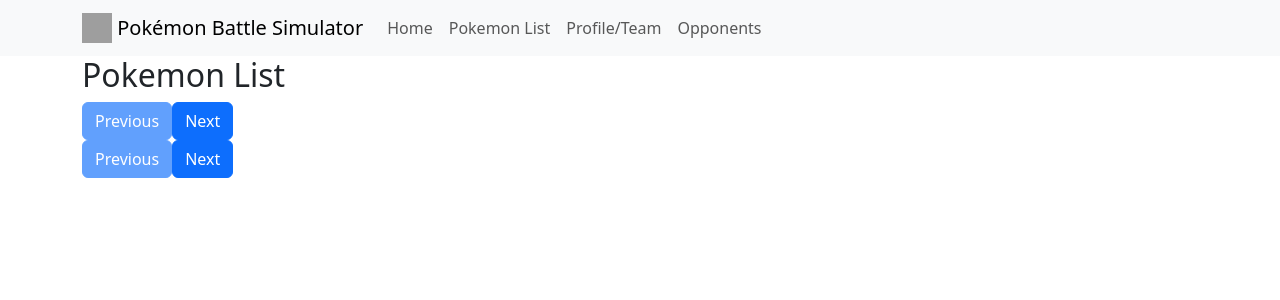
Repository: chsbca/Pokemon-Battle-Simulator
Page: /pokemon_list/ (app in front-end/)
An editor plug-in stored every save of this project. The page is shown before and after the next save, followed by the edit.
The browser window is 1280 px wide. The pictures show the whole page.
Pictures or frames that could not be fetched are drawn as grey boxes. The page's requests for data from a server got no answer. The project was rebuilt for these pictures with package versions that can differ from the ones it lists, and the page was loaded fresh each time. No one was signed in, and anything a server would have sent is missing. Also part of the build but not shown: front-end/vite.config.js, front-end/src/pages/Error404Page.jsx, front-end/src/pages/HomePage.jsx, front-end/src/pages/ProfilePage.jsx, front-end/src/pages/OpponentsPage.jsx.

Above is the page before, as saved 2024-04-10 11:22:09.

After the next save:
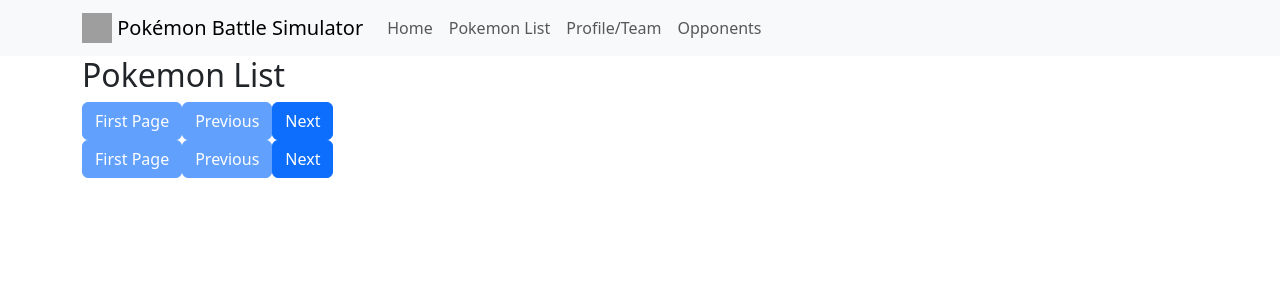
Saved 63 s later.
--- a/front-end/src/pages/PokemonListPage.jsx
+++ b/front-end/src/pages/PokemonListPage.jsx
@@ -87,6 +87,7 @@
         <div className="container">
             <h2>Pokemon List</h2>
             <div className="pagination-controls">
+                <button onClick={handleFirstPage} disabled={offset === 0} className="btn btn-primary">First Page</button>
                 <button onClick={handlePrevious} disabled={offset === 0} className="btn btn-primary">Previous</button>
                 <button onClick={handleNext} className="btn btn-primary">Next</button>
             </div>
@@ -111,6 +112,7 @@
                 ))}
             </div>
             <div className="pagination-controls">
+                <button onClick={handleFirstPage} disabled={offset === 0} className="btn btn-primary">First Page</button>
                 <button onClick={handlePrevious} disabled={offset === 0} className="btn btn-primary">Previous</button>
                 <button onClick={handleNext} className="btn btn-primary">Next</button>
             </div>
